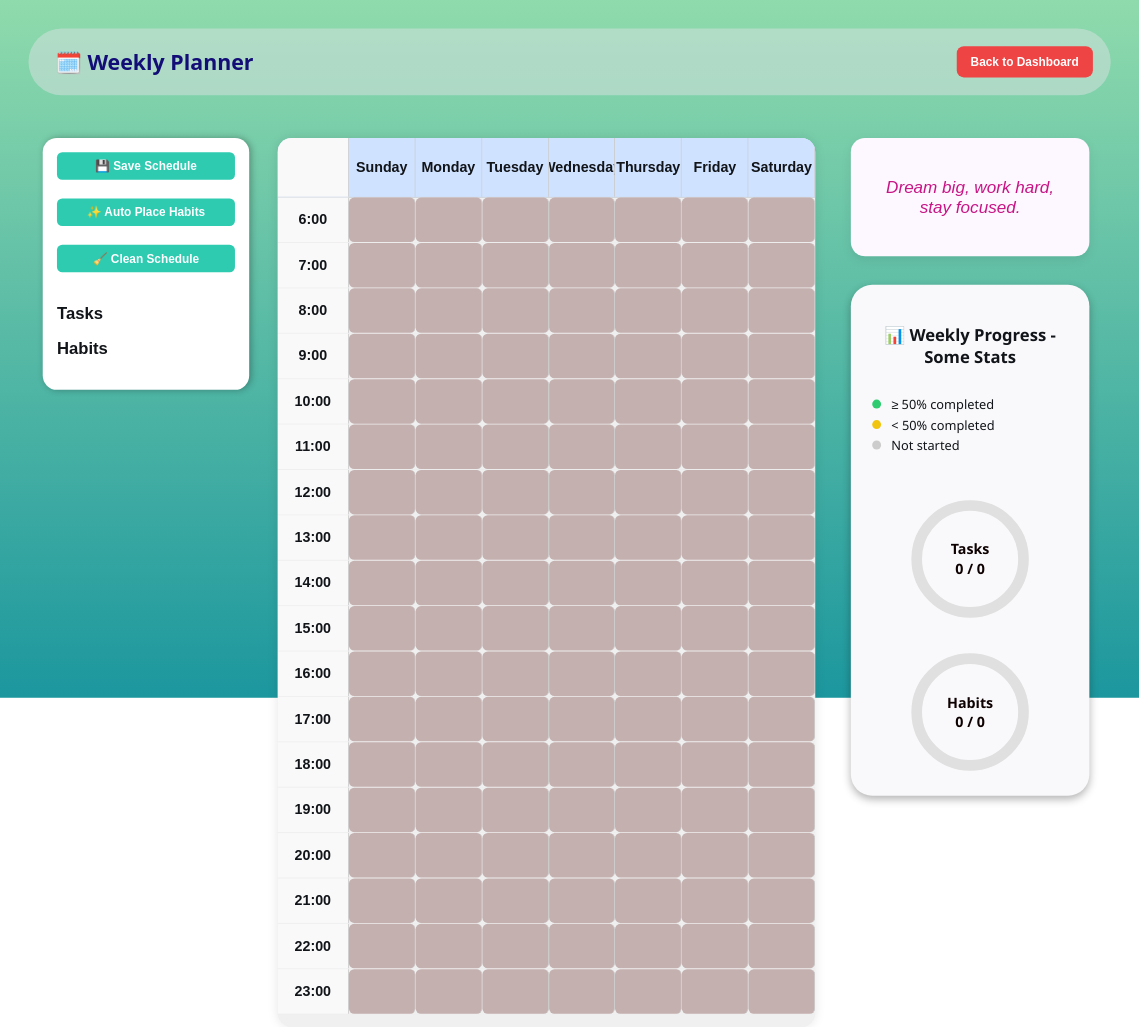
Repository: RachelB9913/smart-task-and-habit-tracker
Page: /schedule
An editor plug-in stored every save of this project. The page is shown before and after the next save, followed by the edit.
The browser window is 1280 px wide. The pictures show the whole page, at 89% of full size.
The project was rebuilt for these pictures with package versions that can differ from the ones it lists, and the page was loaded fresh each time. Also part of the build but not shown: src/components/PageWrapper.js, src/components/welcome.js, src/services/api.js, src/components/Login.js, src/components/Register.js, src/components/DashBoard.js.

Above is the page before, as saved 2025-06-29 20:49:11.

After the next save:
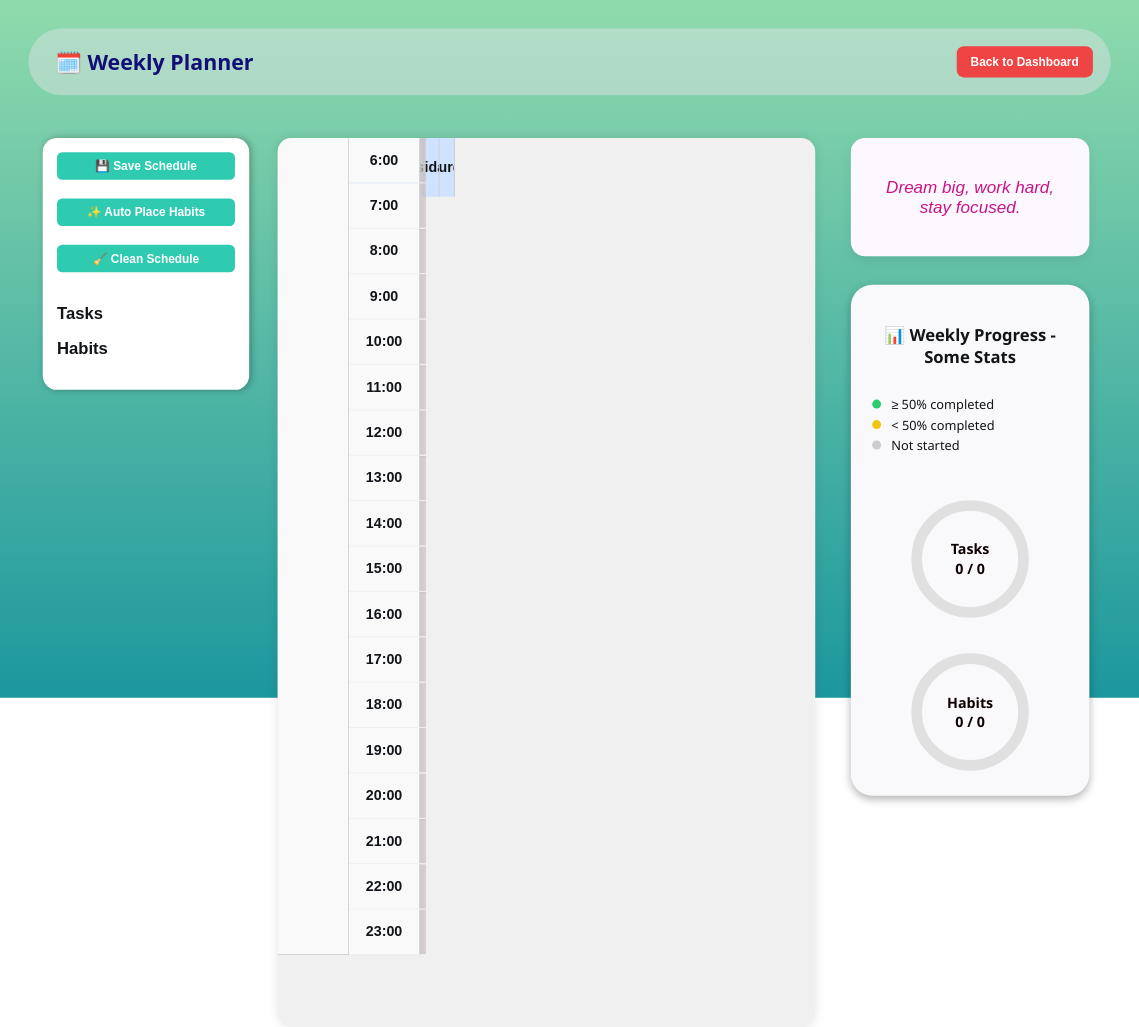
Saved 14 s later.
--- a/src/components/SchedulePlanner.css
+++ b/src/components/SchedulePlanner.css
@@ -67,6 +67,8 @@
   display: grid;
   grid-template-rows: repeat(var(--row-count), 1fr);
   height: calc(var(--row-count) * var(--cell-height));
+  grid-template-columns: 80px repeat(7, 1fr); /* hour + 7 days */
+  width: 100%;
   flex: 1;
   overflow: auto;
   margin: 1rem;

After the save that followed:
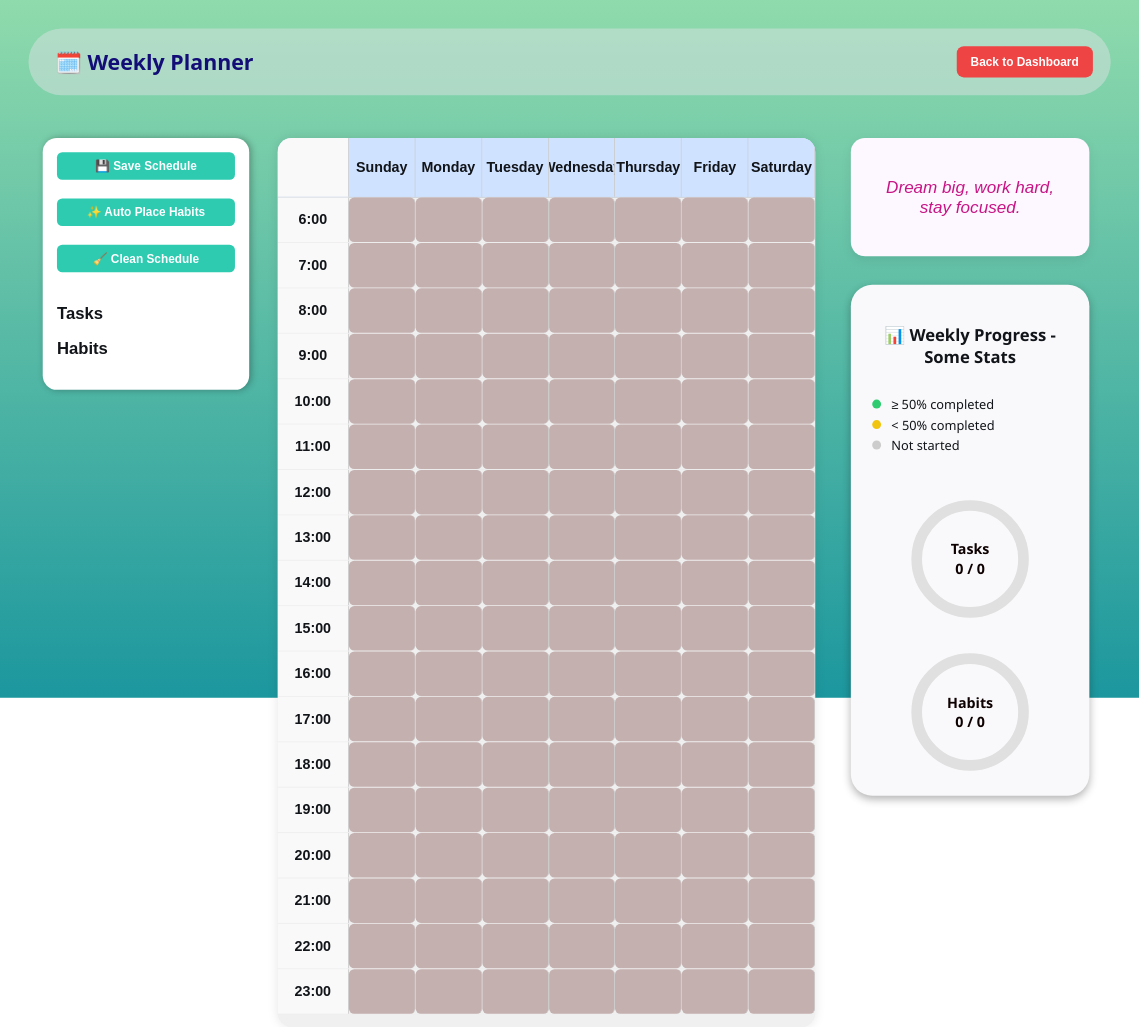
Saved 33 s later.
--- a/src/components/SchedulePlanner.css
+++ b/src/components/SchedulePlanner.css
@@ -67,8 +67,7 @@
   display: grid;
   grid-template-rows: repeat(var(--row-count), 1fr);
   height: calc(var(--row-count) * var(--cell-height));
-  grid-template-columns: 80px repeat(7, 1fr); /* hour + 7 days */
-  width: 100%;
+
   flex: 1;
   overflow: auto;
   margin: 1rem;
